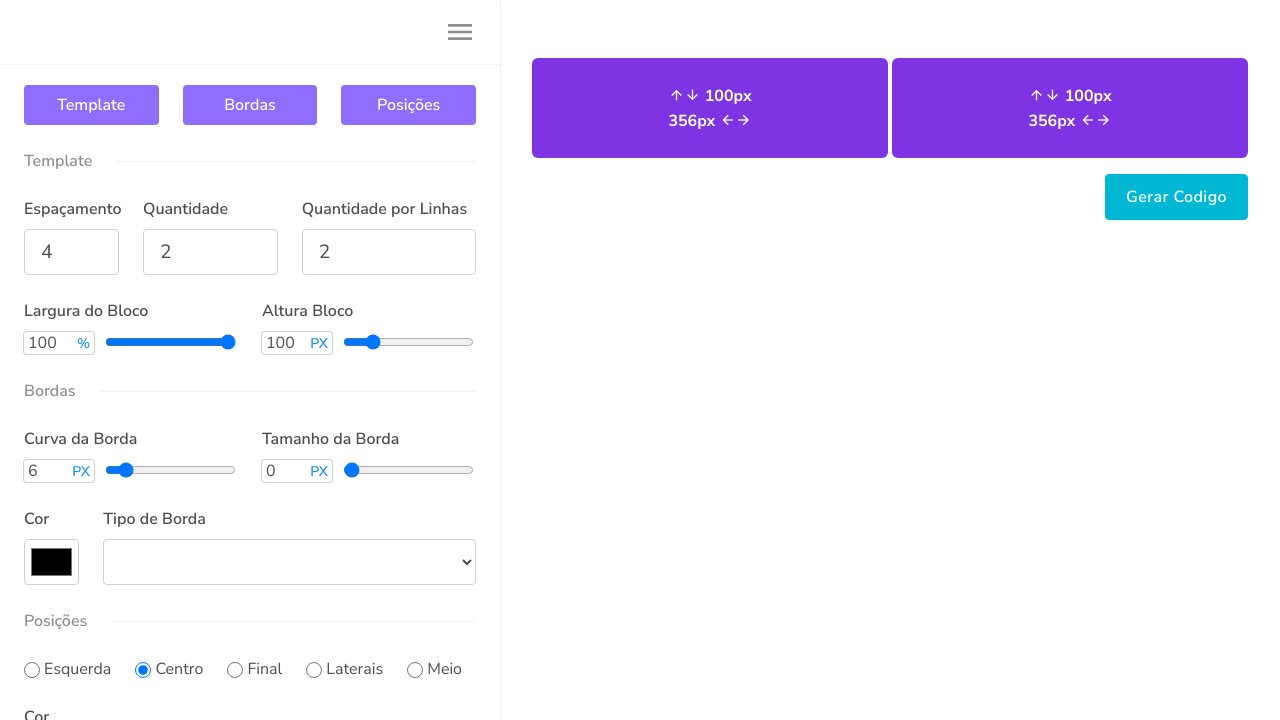
Repository: Flintdl/lowcode-elements
Page: /
An editor plug-in stored every save of this project. The page is shown before and after the next save, followed by the edit.
The browser window is 1280 px wide. The pictures show the whole page.
An inner scrolling area shows only its first screen. The project was rebuilt for these pictures with package versions that can differ from the ones it lists, and the page was loaded fresh each time. Also part of the build but not shown: vue.config.js.

Above is the page before, as saved 2022-04-06 10:33:56.

### src/components/Menu/MenuTemplate.vue
<template>
  <div>
    <div
      class="ham burger-link-mobile sf-display-flex sf-display-md-none"
      @click="menu"
    >
      <i class="mdi mdi-menu sf-text-xlg sf-text-muted sf-dropdown-action"></i>
    </div>
    <nav class="sf-menu">
      <div class="sf-menu-header">
        <div
          @click="menu"
          class="hamburger-link sf-display-none sf-display-md-block"
        >
          <i
            class="mdi mdi-menu sf-text-xlg sf-text-muted sf-dropdown-action"
          ></i>
        </div>
      </div>
      <div class="sf-menu-body">
        <div class="sf-row sf-px-4" style="visibility: visible">
          <div
            v-for="tab of tabs"
            v-bind:key="tab.label"
            class="sf-col-4 sf-text-center sf-form-group"
          >
            <div
              @click="showContent"
              :dataRef="tab.ref"
              class="sf-bg-primary sf-p-2 sf-text-white sf-font-weight-bold sf-border-radius"
            >
              {{ tab.label }}
            </div>
          </div>
        </div>
        <ul class="sf-menu-ul">
          <li class="sf-menu-li sf-px-4">
            <div class="sf-row">
              <div class="sf-col-12 sf-form-group">
                <span
                  class="sf-text-md sf-font-weight-bold sf-text-muted sf-display-flex sf-align-items-center"
                >
                  Template
                  <hr class="sf-width-100 sf-ml-4" />
                </span>
              </div>
              <InputGapTemplate
                :valorInput="inputGap"
                v-on:callback="getValorCampo"
              />
              <InputQuantidadeTemplate
                :valorInput="inputQuantidade"
                v-on:callback="getValorCampoQuantidade"
              />
              <InputQuantLinhasTemplate
                :valorInput="inputQuantidadeLinha"
                v-on:callback="getValorCampoQuantidadeLinha"
              />
              <InputLarguraBloco
                :valorInput="inputRange"
                v-on:callback="getValorLarguraBloco"
              />
              <InputAlturaBloco
                :valorInput="valorHeight"
                v-on:callback="getValorAlturaBloco"
              />
            </div>
            <div class="sf-row">
              <div class="sf-col-12 sf-form-group">
                <span
                  class="sf-text-md sf-font-weight-bold sf-text-muted sf-display-flex sf-align-items-center"
                >
                  Bordas
                  <hr class="sf-width-100 sf-ml-4" />
                </span>
              </div>
              <InputBorderRadiusBloco
                :valorInput="inputBorderRadius"
                v-on:callback="getValorRadiusBloco"
              />
              <InputBorderBloco
                :valorInput="inputBorder"
                v-on:callback="getValorBorderBloco"
              />
              <InputBorderCorBloco
                :valorInput="inputBorderColor"
                v-on:callback="getValorBorderCorBloco"
              />
              <InputBorderTipoBloco
                :valorInput="inputBorderTipo"
                v-on:callback="getValorBorderTipoBloco"
              />
            </div>
            <InputPosicaoBloco
              :valorInput="checkValue"
              v-on:callback="getValorPosicaoBloco"
            />
            <div class="sf-row">
              <div class="sf-col-auto sf-form-group">
                <label class="sf-label">Cor</label>
                <input
                  type="color"
                  id="inputColor"
                  v-model="inputColor"
                  class="sf-p-1 sf-text-capitalize"
                  placeholder="Quantidade de Blocos"
                />
              </div>
            </div>
          </li>
        </ul>
      </div>
    </nav>
    <div class="sf-content-page">
      <HomeView
        :valor="inputRange"
        :inputGap="inputGap"
        :valorHeight="valorHeight"
        :quantidade="parseInt(inputQuantidade)"
        :quantidadeLinha="inputQuantidadeLinha"
        :inputBorderRadius="inputBorderRadius"
        :checkValue="checkValue"
        :inputColor="inputColor"
        :inputBorder="inputBorder"
        :inputBorderColor="inputBorderColor"
        :inputBorderTipo="inputBorderTipo"
      />
    </div>
    <div class="ga-mascara-fundo" @click="mask"></div>
  </div>
</template>

<script>
import HomeView from "@/views/HomeView.vue";
import InputGapTemplate from "@/components/templates/InputGapTemplate.vue";
import InputQuantidadeTemplate from "@/components/templates/InputQuantidadeTemplate.vue";
import InputQuantLinhasTemplate from "@/components/templates/InputQuantLinhasTemplate.vue";
import InputLarguraBloco from "@/components/templates/InputLarguraBloco.vue";
import InputAlturaBloco from "@/components/templates/InputAlturaBloco.vue";
import InputBorderRadiusBloco from "@/components/templates/InputBorderRadiusBloco.vue";
import InputBorderBloco from "@/components/templates/InputBorderBloco.vue";
import InputPosicaoBloco from "@/components/templates/InputPosicaoBloco.vue";
import InputBorderCorBloco from "@/components/templates/InputBorderCorBloco.vue";
import InputBorderTipoBloco from "@/components/templates/InputBorderTipoBloco.vue";
import image from "@/assets/logo-soften.webp";

export default {
  name: "MenuTemplate",
  data: function () {
    return {
      inputQuantidade: (this.inputQuantidade = "2"),
      inputQuantidadeLinha: (this.inputQuantidadeLinha = "2"),
      inputBorderRadius: (this.inputBorderRadius = "6"),
      inputRange: (this.inputRange = "100"),
      valorHeight: (this.valorHeight = "100"),
      inputGap: (this.inputGap = "4"),
      checkValue: (this.checkValue = "center"),
      inputColor: (this.inputColor = "#7e34e3"),
      inputBorder: (this.inputBorder = "0"),
      inputBorderColor: (this.inputBorderColor = ""),
      inputBorderTipo: (this.inputBorderTipo = ""),
      image: image,

      tabs: [
        { label: "Template", ref: "template-collapse" },
        { label: "Bordas", ref: "border-collapse" },
        { label: "Posições", ref: "position-collapse" },
      ],
    };
  },
  components: {
    HomeView,
    InputGapTemplate,
    InputQuantidadeTemplate,
    InputQuantLinhasTemplate,
    InputLarguraBloco,
    InputAlturaBloco,
    InputPosicaoBloco,
    InputBorderRadiusBloco,
    InputBorderBloco,
    InputBorderCorBloco,
    InputBorderTipoBloco,
  },
  beforeMount() {
    if (window.innerWidth >= 768) {
      if (localStorage.getItem("menu") === "fechado") {
        document.body.classList.add("menu-fechado");
      } else {
        document.body.classList.remove("menu-fechado");
      }
    }

    (function () {
      var current = window.location.pathname.split("")[0];
      if (current === "") return;
      var menuItems = document.querySelectorAll(".sf-menu-list-link");
      for (var i = 0, len = menuItems.length; i < len; i++) {
        if (menuItems[i].getAttribute("href").indexOf(current) !== -1) {
          menuItems[i].className += " active-nolink";
          menuItems[i].nextElementSibling.className += " active-nolink";
        }
      }
    })();
  },
  methods: {
    showContent(e) {
      console.log(e.currentTarget.getAttribute("dataRef"));
    },
    menu() {
      if (window.innerWidth >= 768) {
        document.body.classList.toggle("menu-fechado");
        if (document.body.classList.contains("menu-fechado")) {
          localStorage.setItem("menu", "fechado");
        } else {
          localStorage.removeItem("menu");
        }
      } else {
        document.body.classList.toggle("menu-mobile-aberto");
      }
    },
    mask() {
      document.body.classList.remove("menu-mobile-aberto");
    },
    getValorCampo(valor) {
      this.inputGap = valor;
    },
    getValorCampoQuantidade(valor) {
      this.inputQuantidade = valor;
    },
    getValorCampoQuantidadeLinha(valor) {
      this.inputQuantidadeLinha = valor;
    },
    getValorLarguraBloco(valor) {
      this.inputRange = valor;
    },
    getValorAlturaBloco(valor) {
      this.valorHeight = valor;
    },
    getValorRadiusBloco(valor) {
      this.inputBorderRadius = valor;
    },
    getValorBorderBloco(valor) {
      this.inputBorder = valor;
    },
    getValorBorderCorBloco(valor) {
      this.inputBorderColor = valor;
    },
    getValorBorderTipoBloco(valor) {
      this.inputBorderTipo = valor;
    },
    getValorPosicaoBloco(valor) {
      this.checkValue = valor;
    },
  },
};

// function dropdown(menu) {
//   var dropdowns = document.getElementsByClassName("sf-dropdown-menu");
//   var i;
//   for (i = 0; i < dropdowns.length; i++) {
//     var openDropdown = dropdowns[i];
//     if (openDropdown.classList.contains("show")) {
//       openDropdown.classList.remove("show");
//     }
//   }
//   document.querySelector(menu).classList.toggle("show");
// }
</script>

<style lang="scss">
@import "@/assets/scss/style.scss";
@import "@/assets/scss/standard.scss";
@import "@/assets/scss/menu.scss";
</style>

### src/assets/scss/_variables.scss
// Primarys Colors
$standardTextColor: #4d4d4d;

$primaryColor: #8e6dff;
$secondaryColor: #009997;
$buttonDisableColor: #9c9c9c;
$buttonDisableBgColor: #7676764d;

// Menu Colors

$bgMenuColor: #1d1d1d;
$linkMenuColor: #7b8089;
$iconMenuColor: #2a2a2a;
$borderMenuColor: #323232;

// Botão Colors

$btnPrimary: #00b8d4;
$btnPrimaryHover: #0085b0;

// Generics Colors

$whiteColor: #ffffff;
$mutedColor: #8f8f8f;
$cardColor: #f3f4f7;
$cardColorLight: #f9fafc;
$cardColorLightTwo: #f1f5fc;
$greyLight: #d1d1d1;

// Dropdown Colors

$dropdownHeaderColor: #5f5f5f;
$dropdownColor: #ebffff;

// State Colors

$successColor: #3dc661;
$dangerColor: #e7515a;
$warningColor: #e2a03f;
$infoColor: #2196f3;
$defaultColor: #172b4d;
$lightColor: #e0e0e0;

### src/components/templates/InputGapTemplate.vue
<template>
  <div class="sf-col-3 sf-form-group">
    <label class="sf-label">Espaçamento</label>
    <input
      type="number"
      min="1"
      max="12"
      value="2"
      id="inputGap"
      v-model="valor"
      class="filter-states sf-text-capitalize"
      placeholder="Quantidade de Blocos"
    />
  </div>
</template>

<script>
export default {
  props: {
    valorInput: String,
  },
  computed: {
    valor: {
      get() {
        var inp = this.valorInput;
        return inp;
      },
      set(valorInput) {
        this.$emit("callback", valorInput);
      },
    },
  },
};
</script>

<style></style>

### src/components/templates/InputQuantidadeTemplate.vue
<template>
  <div class="sf-col-4 sf-form-group">
    <label class="sf-label">Quantidade</label>
    <input
      type="number"
      value="1"
      id="inputQuantidade"
      v-model="valor"
      class="filter-states sf-text-capitalize"
      placeholder="Quantidade de Blocos"
    />
  </div>
</template>

<script>
export default {
  props: {
    valorInput: String,
  },
  computed: {
    valor: {
      get() {
        var inp = this.valorInput;
        return inp;
      },
      set(valorInput) {
        this.$emit("callback", valorInput);
      },
    },
  },
};
</script>

<style></style>

### src/components/templates/InputQuantLinhasTemplate.vue
<template>
  <div class="sf-col-5 sf-form-group">
    <label class="sf-label">Quantidade por Linhas</label>
    <input
      type="number"
      min="1"
      max="12"
      value="1"
      id="inputQuantidadeLinha"
      v-model="valor"
      class="filter-states sf-text-capitalize"
      placeholder="Quantidade Linha"
    />
  </div>
</template>

<script>
export default {
  props: {
    valorInput: String,
  },
  computed: {
    valor: {
      get() {
        var inp = this.valorInput;
        return inp;
      },
      set(valorInput) {
        this.$emit("callback", valorInput);
      },
    },
  },
};
</script>

<style></style>

### src/components/templates/InputLarguraBloco.vue
<template>
  <div class="sf-col-6 sf-form-group">
    <label class="sf-label">Largura do Bloco</label>
    <div class="sf-input-group">
      <div
        class="sf-input-group-append sf-display-flex sf-justify-content-center"
      >
        <div
          class="sf-display-flex sf-align-items-center sf-justify-content-center sf-border-left-0 sf-border-radius sf-border-radius-left-0 sf-pr-2 sf-text-info sf-font-weight-bold sf-min-80-px"
        >
          <div class="sf-input-group">
            <input
              type="number"
              value="1"
              min="1"
              max="100"
              v-model="valor"
              class="sf-text-md sf-height-fit-content sf-pr-0 sf-pl-1 sf-border-right-0 sf-border-radius-right-0 sf-text-capitalize"
              placeholder="Curva da Borda"
            />
            <div
              class="sf-input-group-append sf-display-flex sf-justify-content-center"
            >
              <div
                class="sf-display-flex sf-align-items-center sf-border sf-justify-content-center sf-border-left-0 sf-border-radius sf-border-radius-left-0 sf-pr-1 sf-text-info sf-font-weight-bold sf-text-sm"
              >
                %
              </div>
            </div>
          </div>
        </div>
      </div>
      <input
        type="range"
        min="10"
        max="100"
        value="10"
        id="inputRange"
        v-model="valor"
        class="sf-px-0 sf-border-right-0 sf-border-radius-right-0 sf-text-capitalize"
      />
    </div>
  </div>
</template>

<script>
export default {
  props: {
    valorInput: String,
  },
  computed: {
    valor: {
      get() {
        var inp = this.valorInput;
        return inp;
      },
      set(valorInput) {
        this.$emit("callback", valorInput);
      },
    },
  },
};
</script>

<style></style>

### src/components/templates/InputAlturaBloco.vue
<template>
  <div class="sf-col-6 sf-form-group">
    <label class="sf-label">Altura Bloco</label>
    <div class="sf-input-group">
      <div
        class="sf-input-group-append sf-display-flex sf-justify-content-center"
      >
        <div
          class="sf-display-flex sf-align-items-center sf-justify-content-center sf-border-left-0 sf-border-radius sf-border-radius-left-0 sf-pr-2 sf-text-info sf-font-weight-bold sf-min-80-px"
        >
          <div class="sf-input-group">
            <input
              type="number"
              value="1"
              min="1"
              max="500"
              v-model="valor"
              class="sf-text-md sf-height-fit-content sf-pr-0 sf-pl-1 sf-border-right-0 sf-border-radius-right-0 sf-text-capitalize"
              placeholder="Curva da Borda"
            />
            <div
              class="sf-input-group-append sf-display-flex sf-justify-content-center"
            >
              <div
                class="sf-display-flex sf-align-items-center sf-border sf-justify-content-center sf-border-left-0 sf-border-radius sf-border-radius-left-0 sf-pr-1 sf-text-info sf-font-weight-bold sf-text-sm"
              >
                PX
              </div>
            </div>
          </div>
        </div>
      </div>
      <input
        type="range"
        min="10"
        max="500"
        id="valorHeight"
        v-model="valor"
        class="sf-px-0 sf-border-right-0 sf-border-radius-right-0 sf-text-capitalize"
      />
    </div>
  </div>
</template>

<script>
export default {
  props: {
    valorInput: String,
  },
  computed: {
    valor: {
      get() {
        var inp = this.valorInput;
        return inp;
      },
      set(valorInput) {
        this.$emit("callback", valorInput);
      },
    },
  },
};
</script>

<style></style>

### src/components/templates/InputBorderRadiusBloco.vue
<template>
  <div class="sf-col-6 sf-form-group">
    <label class="sf-label">Curva da Borda</label>
    <div class="sf-input-group">
      <div
        class="sf-input-group-append sf-display-flex sf-justify-content-center"
      >
        <div
          class="sf-display-flex sf-align-items-center sf-justify-content-center sf-border-left-0 sf-border-radius sf-border-radius-left-0 sf-pr-2 sf-text-info sf-font-weight-bold sf-min-80-px"
        >
          <div class="sf-input-group">
            <input
              type="number"
              value="1"
              min="1"
              max="50"
              v-model="valor"
              class="sf-text-md sf-height-fit-content sf-pr-0 sf-pl-1 sf-border-right-0 sf-border-radius-right-0 sf-text-capitalize"
              placeholder="Curva da Borda"
            />
            <div
              class="sf-input-group-append sf-display-flex sf-justify-content-center"
            >
              <div
                class="sf-display-flex sf-align-items-center sf-border sf-justify-content-center sf-border-left-0 sf-border-radius sf-border-radius-left-0 sf-pr-1 sf-text-info sf-font-weight-bold sf-text-sm"
              >
                PX
              </div>
            </div>
          </div>
        </div>
      </div>
      <input
        type="range"
        value="1"
        min="1"
        max="50"
        id="inputBorderRadius"
        v-model="valor"
        class="sf-px-0 sf-border-right-0 sf-border-radius-right-0 sf-text-capitalize"
        placeholder="Curva da Borda"
      />
    </div>
  </div>
</template>

<script>
export default {
  props: {
    valorInput: String,
  },
  computed: {
    valor: {
      get() {
        var inp = this.valorInput;
        return inp;
      },
      set(valorInput) {
        this.$emit("callback", valorInput);
      },
    },
  },
};
</script>

<style></style>

### src/components/templates/InputBorderBloco.vue
<template>
  <div class="sf-col-6 sf-form-group">
    <label class="sf-label">Tamanho da Borda</label>
    <div class="sf-input-group">
      <div
        class="sf-input-group-append sf-display-flex sf-justify-content-center"
      >
        <div
          class="sf-display-flex sf-align-items-center sf-justify-content-center sf-border-left-0 sf-border-radius sf-border-radius-left-0 sf-pr-2 sf-text-info sf-font-weight-bold sf-min-80-px"
        >
          <div class="sf-input-group">
            <input
              type="number"
              value="1"
              min="1"
              max="50"
              v-model="valor"
              class="sf-text-md sf-height-fit-content sf-pr-0 sf-pl-1 sf-border-right-0 sf-border-radius-right-0 sf-text-capitalize"
              placeholder="Curva da Borda"
            />
            <div
              class="sf-input-group-append sf-display-flex sf-justify-content-center"
            >
              <div
                class="sf-display-flex sf-align-items-center sf-border sf-justify-content-center sf-border-left-0 sf-border-radius sf-border-radius-left-0 sf-pr-1 sf-text-info sf-font-weight-bold sf-text-sm"
              >
                PX
              </div>
            </div>
          </div>
        </div>
      </div>
      <input
        type="range"
        value="1"
        min="0"
        max="24"
        id="inputBorder"
        v-model="valor"
        class="sf-px-0 sf-border-right-0 sf-border-radius-right-0 sf-text-capitalize"
        placeholder="Curva da Borda"
      />
    </div>
  </div>
</template>

<script>
export default {
  props: {
    valorInput: String,
  },
  computed: {
    valor: {
      get() {
        var inp = this.valorInput;
        return inp;
      },
      set(valorInput) {
        this.$emit("callback", valorInput);
      },
    },
  },
};
</script>

<style></style>

### src/components/templates/InputPosicaoBloco.vue
<template>
  <div class="sf-row">
    <div class="sf-col-12 sf-form-group">
      <span
        class="sf-text-md sf-font-weight-bold sf-text-muted sf-display-flex sf-align-items-center"
      >
        Posições
        <hr class="sf-width-100 sf-ml-4" />
      </span>
    </div>
    <div class="sf-col-auto sf-form-group">
      <input
        id="start"
        type="radio"
        name="positionDivs"
        v-model="valor"
        value="start"
        checked
      />
      <label for="start"> Esquerda</label>
    </div>

    <div class="sf-col-auto sf-form-group">
      <input
        type="radio"
        id="center"
        name="positionDivs"
        v-model="valor"
        value="center"
      />
      <label for="center"> Centro</label>
    </div>

    <div class="sf-col-auto sf-form-group">
      <input
        type="radio"
        id="end"
        name="positionDivs"
        v-model="valor"
        value="end"
      />
      <label for="end"> Final</label>
    </div>
    <div class="sf-col-auto sf-form-group">
      <input
        type="radio"
        id="between"
        name="positionDivs"
        v-model="valor"
        value="between"
      />
      <label for="between"> Laterais</label>
    </div>
    <div class="sf-col-auto sf-form-group">
      <input
        type="radio"
        id="around"
        name="positionDivs"
        v-model="valor"
        value="around"
      />
      <label for="around"> Meio</label>
    </div>
  </div>
</template>

<script>
export default {
  props: {
    valorInput: String,
  },
  computed: {
    valor: {
      get() {
        var inp = this.valorInput;
        return inp;
      },
      set(valorInput) {
        this.$emit("callback", valorInput);
      },
    },
  },
};
</script>

<style></style>

### src/components/templates/InputBorderCorBloco.vue
<template>
  <div class="sf-col sf-form-group">
    <label class="sf-label">Cor</label>
    <input
      type="color"
      id="inputBorderColor"
      v-model="valor"
      class="sf-p-1 sf-text-capitalize"
      placeholder="Quantidade de Blocos"
    />
  </div>
</template>

<script>
export default {
  props: {
    valorInput: String,
  },
  computed: {
    valor: {
      get() {
        var inp = this.valorInput;
        return inp;
      },
      set(valorInput) {
        this.$emit("callback", valorInput);
      },
    },
  },
};
</script>

<style></style>

### src/components/templates/InputBorderTipoBloco.vue
<template>
  <div class="sf-col-10 sf-form-group">
    <label class="sf-label">Tipo de Borda</label>
    <select
      id="inputBorderTipo"
      v-model="control"
      :items="items"
      @change="onSelectType"
      class="sf-text-capitalize"
    >
      <option
        v-bind:key="item.value"
        :value="item.value"
        :disabled="!item.value"
        v-for="item of items"
      >
        {{ item.label }}
      </option>
    </select>
  </div>
</template>

<script>
export default {
  props: {
    valorInput: String,
  },
  data: () => {
    return {
      items: [
        { label: "Solid", value: "solid" },
        { label: "Dashed", value: "dashed" },
      ],
    };
  },
  computed: {
    control: {
      get() {
        return this.valorInput;
      },
      set(valorInput) {
        this.$emit("callback", valorInput);
      },
    },
  },
  methods: {
    onSelectType(event) {
      this.$emit("change", event);
    },
  },
};
</script>

<style></style>

### src/components/templates/DivGrid.vue
<template>
  <div
    class="sf-position-relative sf-overflow-hidden"
    :style="cssDefinido"
    ref="container"
  >
    <span
      class="sf-position-absolute sf-centerAbsolute-xy sf-text-white sf-font-weight-extra-bold sf-text-center"
      :style="tamanho"
    >
      <i
        class="mdi mdi-arrow-up sf-text-md sf-text-white sf-dropdown-action"
      ></i>
      <i
        class="mdi mdi-arrow-down sf-text-md sf-text-white sf-dropdown-action"
      ></i>
      {{ altura }}px <br />

      {{ larguraPixel }}px
      <i
        class="mdi mdi-arrow-left sf-text-md sf-text-white sf-dropdown-action"
      ></i>
      <i
        class="mdi mdi-arrow-right sf-text-md sf-text-white sf-dropdown-action"
      ></i>
    </span>
  </div>
</template>

<script>
export default {
  data() {
    return {
      larguraPixel: null,
    };
  },
  mounted() {
    this.larguraPixel = this.$refs.container?.offsetWidth;
  },

  props: {
    cssDefinido: Object,
    tamanho: String,
    altura: String,
  },
  created() {
    this.$watch("tamanho", () => {
      this.larguraPixel = this.$refs.container?.offsetWidth;
    });
  },
};
</script>

<style></style>

Loaded but not shown: public/index.html (common file); src/main.js (common file); src/App.vue (common file); src/registerServiceWorker.js (common file); src/router/index.js (common file); src/assets/scss/materialdesignicons.scss (9 lines, source omitted); src/assets/scss/style.scss (4097 lines, source omitted); src/assets/scss/menu.scss (396 lines, source omitted); src/assets/scss/standard.scss (381 lines, source omitted); src/views/HomeView.vue (132 lines, source omitted)

After the next save:
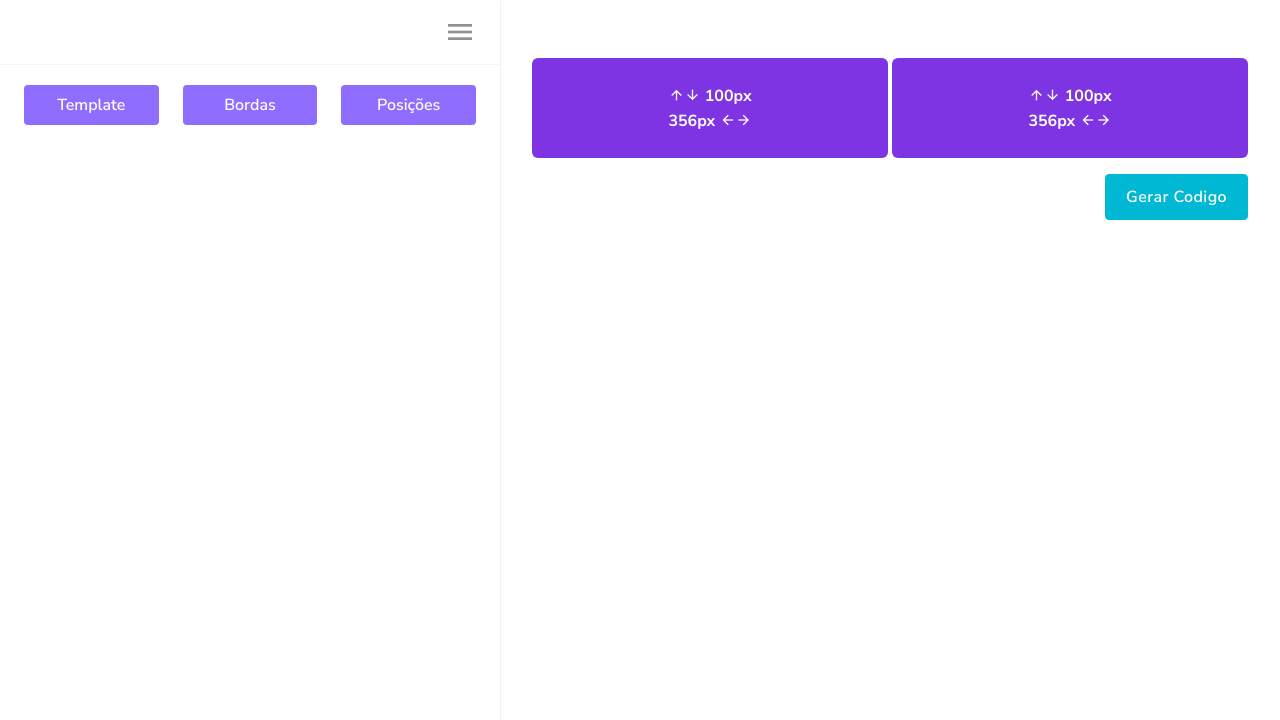
Saved 66 s later.
--- a/src/components/Menu/MenuTemplate.vue
+++ b/src/components/Menu/MenuTemplate.vue
@@ -33,7 +33,7 @@
             </div>
           </div>
         </div>
-        <ul class="sf-menu-ul">
+        <ul class="sf-menu-ul" refs="collapseView" style="display: none">
           <li class="sf-menu-li sf-px-4">
             <div class="sf-row">
               <div class="sf-col-12 sf-form-group">
@@ -204,7 +204,8 @@ export default {
   },
   methods: {
     showContent(e) {
-      console.log(e.currentTarget.getAttribute("dataRef"));
+      if (this.$refs.collapseView === e.currentTarget.getAttribute("dataRef"))
+        console.log(e.currentTarget.getAttribute("dataRef"));
     },
     menu() {
       if (window.innerWidth >= 768) {
